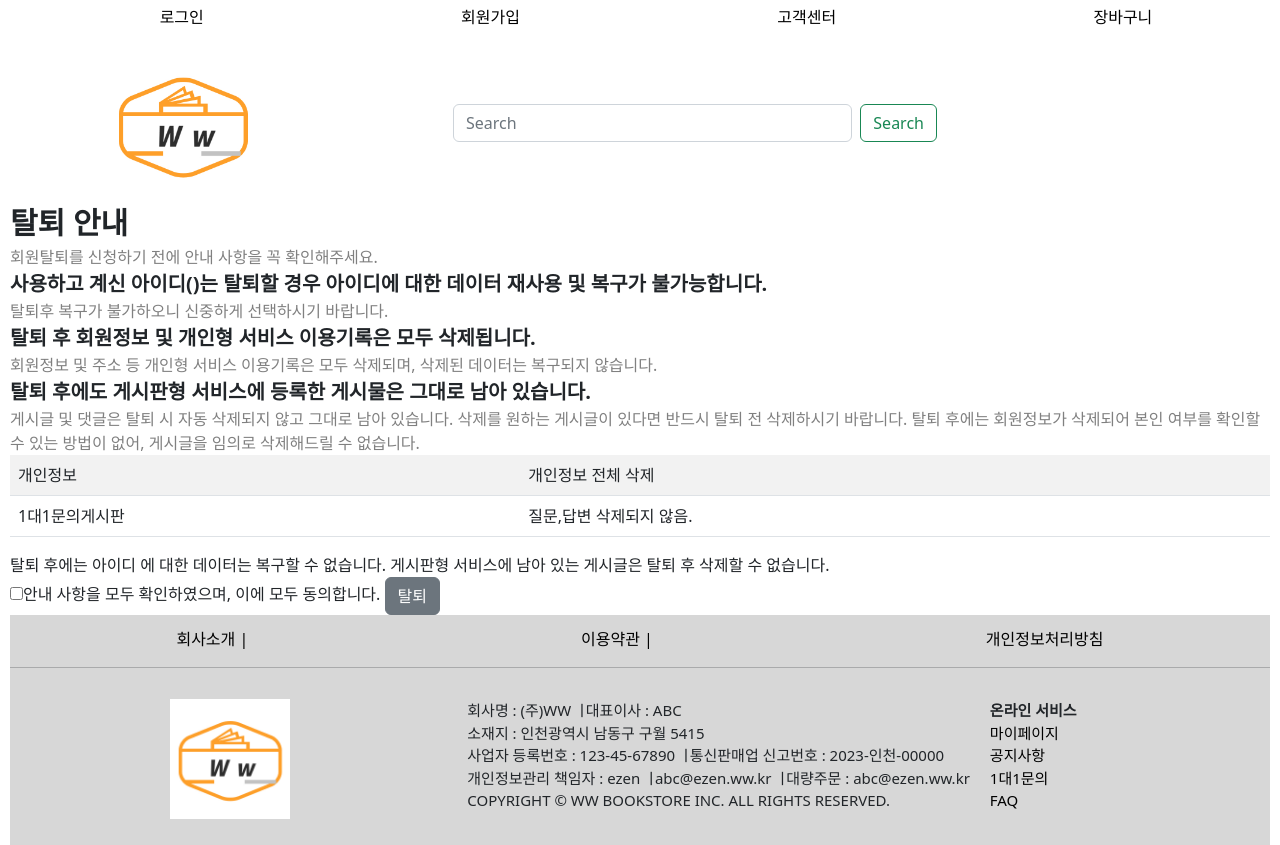
Repository: leehyeonung/project6
Page: http://localhost/book/WEB-INF/views/member/memberDelete.jsp
The author's editor kept a copy of each file at every save. The page is drawn from the files as they stood at one save, then again after a run of saves.
The browser window is 1280 px wide. The pictures show the whole page.
The page is served by Tomcat 9. Nobody is signed in. The template is opened directly, without the code that normally fills it, so the values that code supplies are empty.

Above is the page before, as saved 2023-01-06 08:30:49.

After the next 2 saves:
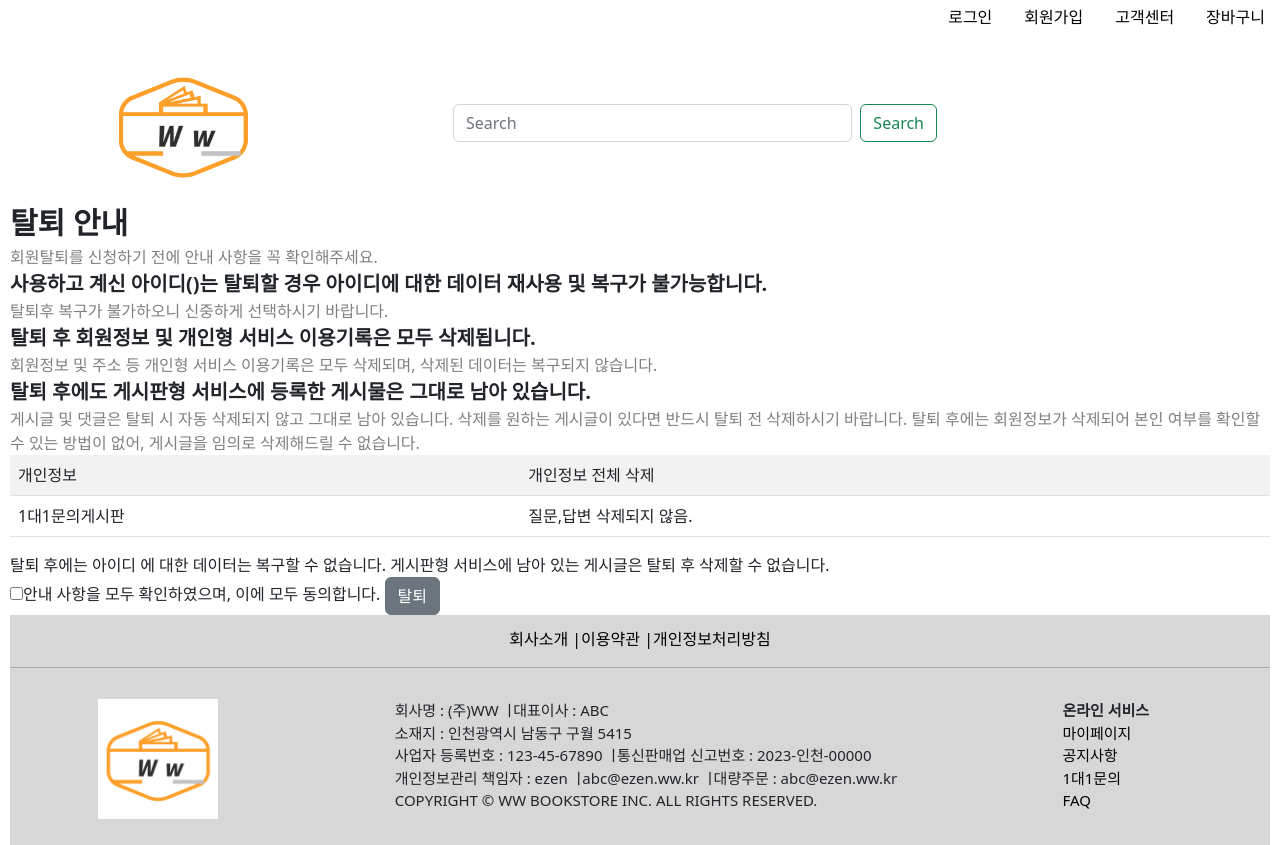
The 2 saves are shown as one change because they came seconds apart.
The last was saved 12 min 44 s later.
--- a/book/src/main/webapp/resources/css/header.css
+++ b/book/src/main/webapp/resources/css/header.css
@@ -1,8 +1,4 @@
 @charset "UTF-8";
-*{
-	margin: 0 auto;
-	padding: 0px;
-}
 .header{
 	margin: 0 auto;
     width: 1260px;

After the save that followed:
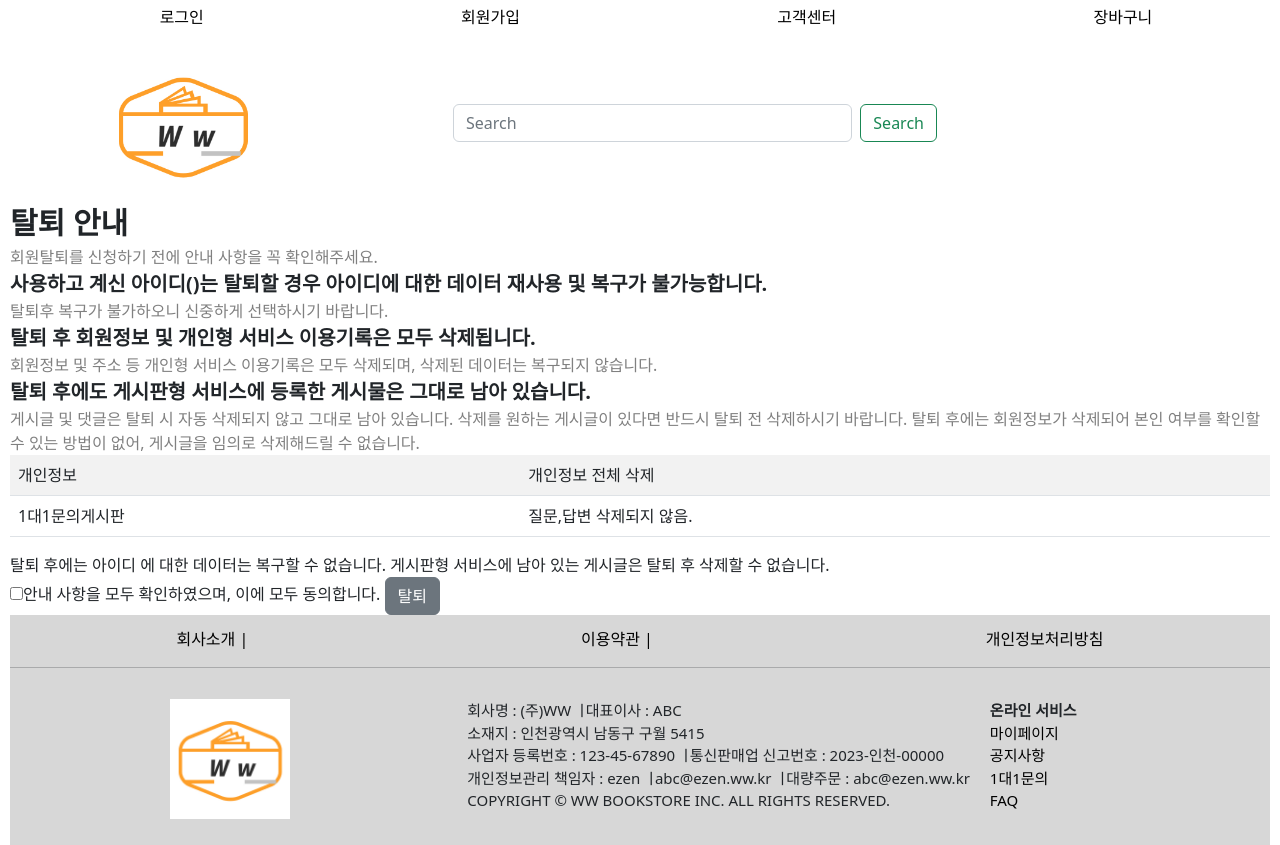
Saved 8 s later.
--- a/book/src/main/webapp/resources/css/header.css
+++ b/book/src/main/webapp/resources/css/header.css
@@ -1,4 +1,8 @@
 @charset "UTF-8";
+*{
+	margin: 0 auto;
+	padding: 0px;
+}
 .header{
 	margin: 0 auto;
     width: 1260px;
